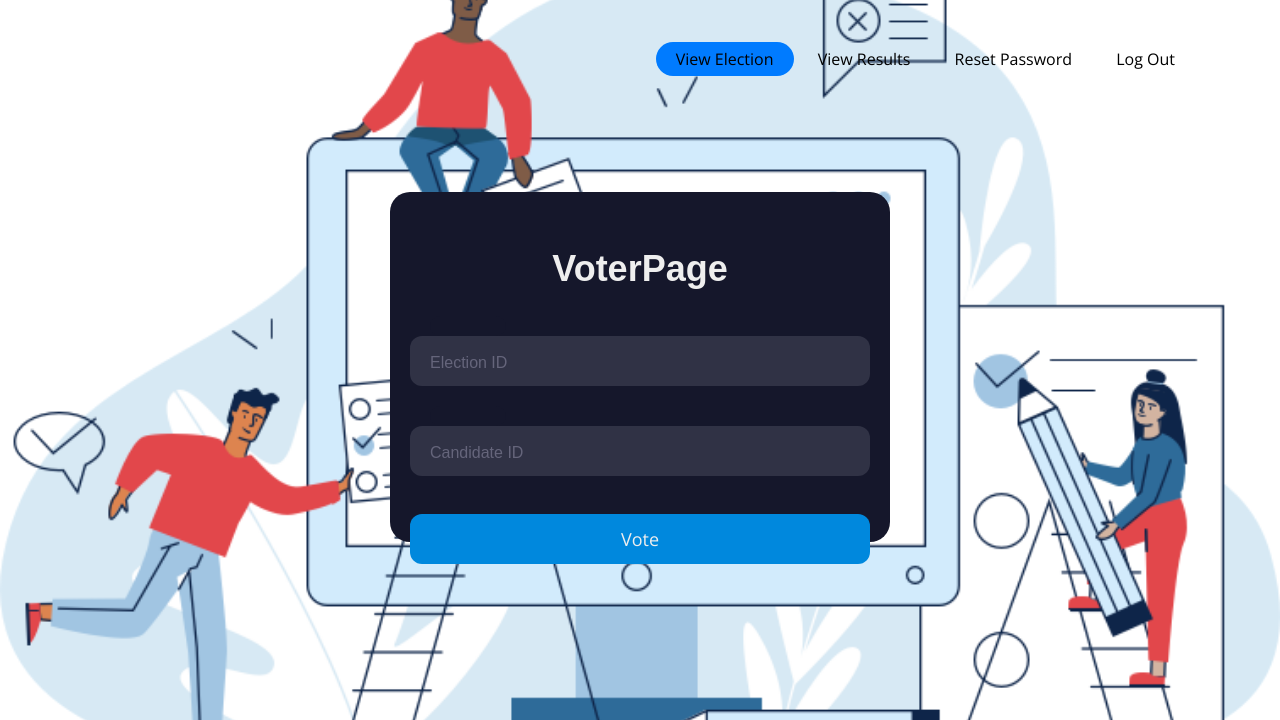
Repository: CS699-IITB-Autumn-2021/project-alpha_team
Page: http://localhost/Voting.html
The author's editor kept a copy of each file at every save. The page is drawn from the files as they stood at one save, then again after the next save.
The browser window is 1280 px wide. The pictures show the whole page.
The page is served by the project's application, run on Flask 3 (app.py). Other server files are loaded and not shown.

Above is the page before, as saved 2021-10-27 02:22:28.

### IVote/templates/Voting.html
<!doctype html>
<html lang="en">

<head>
  <!-- Required meta tags -->
  <meta charset="utf-8">
  <meta name="viewport" content="width=device-width, initial-scale=1, shrink-to-fit=no">

  <link href="https://fonts.googleapis.com/css?family=Open+Sans:300,400,700" rel="stylesheet">

  <link rel="stylesheet" href="static/fonts/icomoon/style.css">

  <link rel="stylesheet" href="static/css/owl.carousel.min.css">

  <!-- Bootstrap CSS -->
  <link rel="stylesheet" href="static/css/bootstrap.min.css">

  <!-- Style -->
  <link rel="stylesheet" href="static/css/style.css">

  <title>Voter</title>
</head>

<body>


  <div class="site-mobile-menu">
    <div class="site-mobile-menu-header">
      <div class="site-mobile-menu-close mt-3">
        <span class="icon-close2 js-menu-toggle"></span>
      </div>
    </div>
    <div class="site-mobile-menu-body"></div>
  </div>

  <header class="site-navbar" role="banner">

    <div class="container">
      <div class="row align-items-center">

        <div class="col-11 col-xl-2">
          <h1 class="mb-0 site-logo"><a href="voter.html" class="text-white mb-0">iVote</a></h1>
        </div>
        <div class="col-12 col-md-10 d-none d-xl-block">
          <nav class="site-navigation position-relative text-right" role="navigation">

            <ul class="site-menu js-clone-nav mr-auto d-none d-lg-block">
              <li class="active"><a href="voter.html"><span>View Election</span></a></li>
              <li><a href="voterresult.html"><span>View Results</span></a></li>
              <li><a href="forgotPassword.html"><span>Reset Password</span></a></li>
              <li><a href="/logout"><span>Log Out</span></a></li>
            </ul>
          </nav>
        </div>

        <div class="d-inline-block d-xl-none ml-md-0 mr-auto py-3" style="position: relative; top: 3px;"><a href="#"
            class="site-menu-toggle js-menu-toggle text-white"><span class="icon-menu h3"></span></a></div>

      </div>

    </div>

  </header>

  <div class="hero" style="background-image: url('static/images/hero.9dd292ee.png');"></div>
  <div class="position" align="center">
    <div class="form1">
      <div class="title">VoterPage</div>

      <form action="Voting.html" method="POST">
        <div class="input-container ic1">
          <input id="id" class="input" name="id" type="number" min="0" placeholder=" " />
          <div class="cut"></div>
          <label for="id" class="placeholder">Election ID</label>
        </div>
        <div class="input-container ic1">
            <input id="id2" class="input" name="id2" type="number" min="0" placeholder=" " />
            <div class="cut"></div>
            <label for="id2" class="placeholder">Candidate ID</label>
          </div>
        <button type="submit" class="submit">Vote</button>
      </form>
    </div>
  </div>
  <script src="static/js/jquery-3.3.1.min.js"></script>
  <script src="static/js/popper.min.js"></script>
  <script src="static/js/bootstrap.min.js"></script>
  <script src="static/js/jquery.sticky.js"></script>
  <script src="static/js/main.js"></script>
</body>

</html>

### IVote/app.py
from posixpath import lexists
import re
import sqlite3
import random
import os.path
from flask import Flask, render_template, request,redirect,session
from flask.helpers import url_for
from datetime import date
from datetime import datetime
from pathlib import Path
from werkzeug.utils import redirect
from generateResult import generateResults
from blockchainImp import Block



app = Flask(__name__)
app.secret_key="ivote"

conn = sqlite3.connect("ivote.db")
c = conn.cursor()

c.execute("CREATE TABLE IF NOT EXISTS Voters(name TEXT,email TEXT,cardno TEXT,password TEXT,voted TEXT)")
c.execute("CREATE TABLE IF NOT EXISTS admin(email TEXT,password TEXT)")
c.execute("CREATE TABLE IF NOT EXISTS election(electionid INTEGER,topic TEXT,startdate TEXT,enddate TEXT,numcand INTEGER,ended Text)")
c.execute("CREATE TABLE IF NOT EXISTS candidate(name TEXT,electionid INTEGER,candidateid TEXT,age INTEGER,mobno INTEGER,email TEXT)")
c.execute("CREATE TABLE IF NOT EXISTS result(election_id Text,cand_id Text, noofvotes Number)")
c.execute("SELECT electionid FROM election")
r = c.fetchall()
for i in r:
    fle = Path("static/blockchain/"+str(i[0])+".txt")
    c.execute("CREATE TABLE IF NOT EXISTS election"+str(i[0])+"(secret_code TEXT ,name_of_blockchain TEXT,voter_id TEXT,vote_given TEXT)")
    fle.touch(exist_ok=True)
    f = open(fle)

conn.commit()
conn.close()

@app.route('/',methods=['GET','POST'])
def login():
    """ This view takes request for login from the Voter and if the credentials are found valid according to database

        then will allowed to go further in the portal.

        Otherwise the voter will be stopped here to put valid credentials.
    """
    r = ""
    if request.method=="POST":
        email = request.form["email"]
        password = request.form["password"]
        conn = sqlite3.connect("ivote.db")
        c = conn.cursor()
        c.execute("SELECT * FROM Voters WHERE email='"+email+"' and password='"+password+"'")
        r = c.fetchall()
        for i in r:
            if email==i[1] and password == i[3]:
                session["voter"] = i[0]
                session["voterid"] = i[2]
                return redirect(url_for("voter"))
    return render_template('home.html')


@app.route('/signup.html',methods=['GET','POST'])
def signup():
    """ This view will take an request for Signup for voters.
    """
    if request.method=="POST":
        name = request.form["name"]
        email = request.form["email"]
        cardno = request.form["id"]
        password = request.form["password"]
        confirm = request.form["confirm"]
        if password==confirm:
            conn = sqlite3.connect("ivote.db")
            c = conn.cursor()
            c.execute("INSERT INTO Voters VALUES('"+name+"','"+email+"','"+cardno+"','"+password+"','True')")
            conn.commit()
            conn.close()
            return  render_template('login.html')
    return  render_template('signup.html')

@app.route('/Login.html',methods=['GET','POST'])
def adminlogin():
    """ This view takes request for login from the Admin and if the credentials are found valid according to database

        then will allowed to go further in the portal.

        Otherwise the Admin will be stopped here to put valid credentials.
    """
    r = ""
    if request.method=="POST":
        email = request.form["email"]
        password = request.form["password"]
        conn = sqlite3.connect("ivote.db")
        c = conn.cursor()
        c.execute("SELECT * FROM admin WHERE email='"+email+"' and password='"+password+"'")
        r = c.fetchall()
        for i in r:
            if email==i[0] and password == i[1]:
                session["admin"]=True
                session["email"]=email
                return redirect(url_for("admin"))
    return  render_template('Login.html')


@app.route('/forgotPassword.html',methods=['GET','POST'])
def forgot():
    """ This view is to provide the facility of password reset if the voter or admin wants to reset their password.
    """
    if request.method=="POST":
        return  render_template('login.html')
    return  render_template('forgotPassword.html')




@app.route('/admin.html',methods = ['GET','POST'])
def admin():
    """ Home page for admin after login. This view takes a request for creation of election with an unique id.
    """
    if "admin" in session:
        msg = None
        if request.method=="POST":
            id = request.form['id']
            topic = request.form['topic']
            start = request.form['startdate']
            end = request.form['enddate']
            numcand = request.form['numcand']
            conn = sqlite3.connect("ivote.db")
            c = conn.cursor()
            c.execute("SELECT * from election WHERE electionid = '"+id+"'")
            r = c.fetchall()
            if len(r)>=1:
                msg = "Election with this id already exist"
            else :
                c.execute("INSERT INTO election VALUES('"+id+"','"+topic+"','"+start+"','"+end+"','"+numcand+"','T')")
                conn.commit()
                conn.close()
                msg = "Election created"
        return render_template('admin.html',msg = msg)
    else:
        return redirect(url_for("adminlogin"))

@app.route("/addcandidate.html",methods = ['GET','POST'])
def add():
    """ This view will add an candidate for a particular election by using Election's unique id.
    """
    if "admin" in session:
        msg=None
        if request.method=="POST":
            name = request.form['name1']
            id = request.form['id']
            candid = request.form['candid']
            age = request.form['age']
            mobile = request.form['mobile']
            email = request.form['email']
            conn = sqlite3.connect("ivote.db")
            c = conn.cursor()
            c.execute("SELECT * from election WHERE electionid = '"+id+"'")
            r = c.fetchall()
            if len(r)<1:
                msg = "Election with this id doesn't exist"
            else :
                c.execute("INSERT INTO candidate VALUES('"+name+"','"+id+"','"+candid+"','"+age+"','"+mobile+"','"+email+"')")
                conn.commit()
                conn.close()
                msg = "Candidate Added"
        return render_template('addcandidate.html', msg=msg)
    else:
        return redirect(url_for("adminlogin"))



@app.route("/results.html",methods=['GET','POST'])
def result():
    """ This view will show all the elections and let the admin request for the result of a election.
    """
    if "admin" in session:
        r=""
        conn = sqlite3.connect("ivote.db")
        c = conn.cursor()
        c.execute("SELECT * FROM election")
        r = c.fetchall()
        return render_template('results.html',r = r)
    else :
        return redirect(url_for("adminlogin"))

@app.route("/show<int:id>")
def viewresults(id):
    """ This view will show the Result for the election which is choosen from "result()" function.
    """
    if "admin" in session:
        r=""
        p=str(id)
        conn = sqlite3.connect("ivote.db")
        c = conn.cursor()
        c.execute("SELECT * from result WHERE election_id = '"+p+"'")
        r = c.fetchall()
        return render_template("show.html",r =r )
    else:
        return redirect(url_for("adminlogin"))


""" Voter Code Started"""


@app.route("/voter.html",methods=['GET','POST'])
def voter():
    """ Home page for voter after login. This view will let voter view all the elections.
        And let voter vote for election.
    """
    if "voter" in session:
        r=""
        conn = sqlite3.connect("ivote.db")
        c = conn.cursor()
        c.execute("SELECT * FROM election")
        r = c.fetchall()
        return render_template('voter.html',r=r)
    else:
        return redirect(url_for("login"))

@app.route("/voterresult.html",methods=['GET','POST'])
def results():
    """ This view will let voters view all elections and let them request to know the result of requested election.
    """
    if "voter" in session:
        r=""
        conn = sqlite3.connect("ivote.db")
        c = conn.cursor()
        c.execute("SELECT * FROM election")
        r = c.fetchall()
        return render_template('voterresult.html',r = r)
    else :
        return redirect(url_for("login"))

@app.route("/logout")
def logout():
    """ This view will let admin and voter to logout from their sessions.
    """
    session.clear()
    return redirect(url_for("login"))

@app.route("/genResult.html",methods=["GET","POST"])
def genresult():
    if "admin" in session:
        msg=""
        if request.method=="POST":
            GR = generateResults()
            id = request.form['id1']
            msg=GR.genResult(id)
        return render_template("genResult.html",msg=msg)
    else:
        return redirect(url_for("adminlogin"))

@app.route("/viewblockchain.html")
def viewblockchain():
    conn = sqlite3.connect("ivote.db")
    c = conn.cursor()
    c.execute("SELECT electionid FROM election")
    r = c.fetchall()
    allbc=[]
    for i in r:
        fle = Path("static/blockchain/"+str(i[0])+".txt")
        allbc.append("static/blockchain/"+str(i[0])+".txt")
        fle.touch(exist_ok=True)
        f = open(fle)
    conn.commit()
    conn.close()
    return render_template('viewblockchain.html',allbc=allbc)

@app.route("/Voting.html",methods=["GET","POST"])
def Vote_give():
    if request.method=="POST":
        id = request.form['id']
        id2 = request.form['id2']
        conn = sqlite3.connect("ivote.db")
        c = conn.cursor()
        c.execute("CREATE TABLE IF NOT EXISTS election"+str(id2)+"(secret_code TEXT ,name_of_blockchain TEXT,voter_id TEXT,vote_given TEXT)")
        r1 = random.randint(0, 100000)
        voter_id=1
        c.execute("select * from election"+str(id)+ " where voter_id='"+str(voter_id)+"'")
        rs=c.fetchall()
        B=Block(0,0,0,0)
        if(len(rs)==0):
            print("insert into election"+str(id)+" values('"+str(r1)+"','"+str(id)+"','"+str(voter_id)+"','"+str(id2)+"')")
            c.execute("insert into election"+str(id)+" values('"+str(r1)+"','"+str(id)+"','"+str(voter_id)+"','"+str(id2)+"')")
            conn.commit()
            hash=B.addBlock(r1,str(id),voter_id,str(id2))
            return render_template('voter.html',r1=r1,hash=hash)
    return render_template('Voting.html',msg="already voted!")

@app.route("/showelectionvoter<int:id>")
def showelectionvoter(id):
    if "voter" in session:
        p=str(id)
        conn = sqlite3.connect("ivote.db")
        c = conn.cursor()
        c.execute("SELECT * from election WHERE electionid = '"+p+"'")
        r = c.fetchall()
        return render_template("showelectionvoter.html",r =r )
    else :
        return redirect(url_for("login"))

@app.route("/showresultvoter<int:id>")
def showresultvoter(id):
    if "voter" in session:
        r=""
        p=str(id)
        conn = sqlite3.connect("ivote.db")
        c = conn.cursor()
        c.execute("SELECT * from result WHERE election_id = '"+p+"'")
        r = c.fetchall()
        return render_template("showresultvoter.html",r =r )
    else:
        return redirect(url_for("login"))


if __name__=="__main__":
    app.run(debug=True)

### IVote/static/blockchain/1.txt
dsfef

### IVote/static/blockchain/2.txt


 id=1234
 myhash=967507e9a11d0e896d3ba906af89534cd4bd4ee4252bc8703def6f363402cd26
 prevhash=0
 time=Wed Oct 27 14:02:54 2021

 id=123455
 myhash=95343ca67e3e242d9cf5d56a87234376eb2e5b5792e8c636fbdfd39655d0117f
 prevhash=967507e9a11d0e896d3ba906af89534cd4bd4ee4252bc8703def6f363402cd26
 time=Wed Oct 27 14:04:32 2021

### IVote/static/blockchain/5.txt


 id=123455
 myhash=b0814f664ae2543f1c75914ef42a36e5a659c1bbb252c5f9f642836df09e2d6b
 prevhash=0
 time=Wed Oct 27 14:17:14 2021

Loaded but not shown: IVote/static/fonts/icomoon/style.css (common file); IVote/static/css/owl.carousel.min.css (library); IVote/static/css/bootstrap.min.css (library); IVote/static/js/jquery-3.3.1.min.js (library); IVote/static/js/popper.min.js (library); IVote/static/js/bootstrap.min.js (library); IVote/static/js/jquery.sticky.js (library); IVote/static/js/main.js (88 lines, source omitted); IVote/static/css/style.css (496 lines, source omitted)

After the next save:
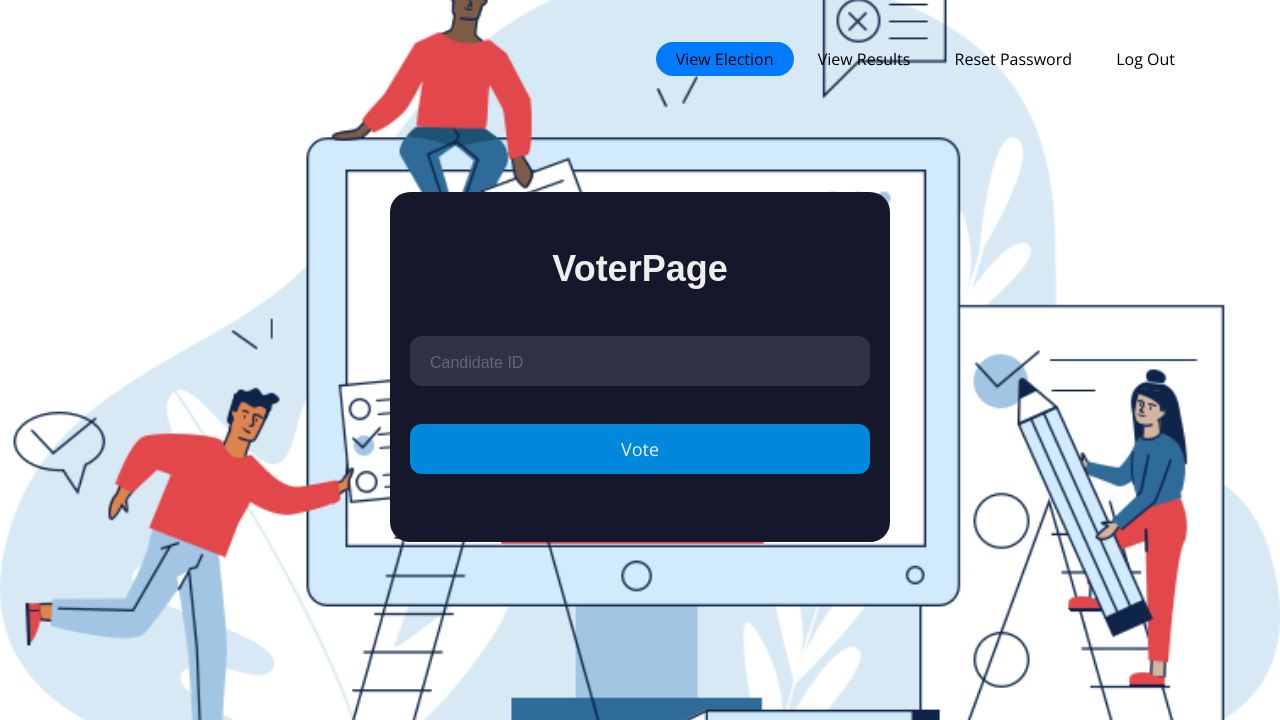
Saved 70 s later.
--- a/IVote/templates/Voting.html
+++ b/IVote/templates/Voting.html
@@ -68,11 +68,7 @@
       <div class="title">VoterPage</div>
 
       <form action="Voting.html" method="POST">
-        <div class="input-container ic1">
-          <input id="id" class="input" name="id" type="number" min="0" placeholder=" " />
-          <div class="cut"></div>
-          <label for="id" class="placeholder">Election ID</label>
-        </div>
+
         <div class="input-container ic1">
             <input id="id2" class="input" name="id2" type="number" min="0" placeholder=" " />
             <div class="cut"></div>

After the save that followed:
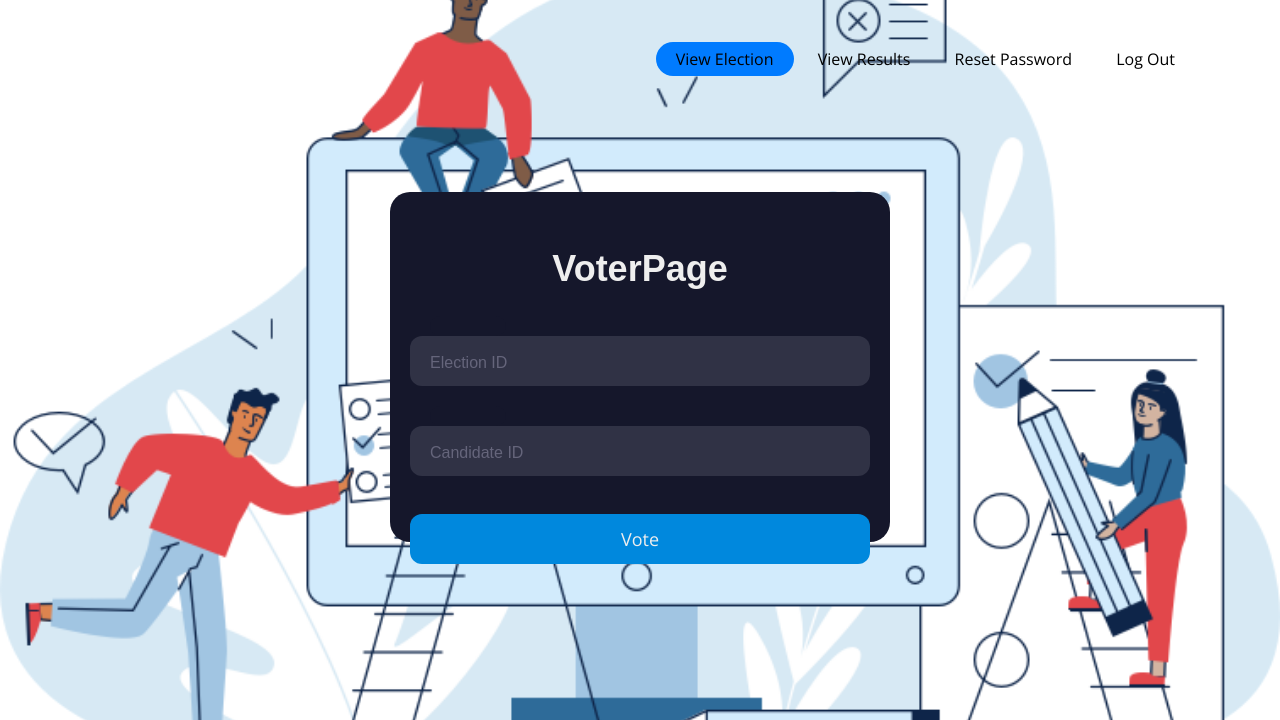
Saved 78 s later.
--- a/IVote/templates/Voting.html
+++ b/IVote/templates/Voting.html
@@ -68,7 +68,11 @@
       <div class="title">VoterPage</div>
 
       <form action="Voting.html" method="POST">
-
+        <div class="input-container ic1">
+          <input id="id" class="input" name="id" type="number" min="0" placeholder=" " />
+          <div class="cut"></div>
+          <label for="id" class="placeholder">Election ID</label>
+        </div>
         <div class="input-container ic1">
             <input id="id2" class="input" name="id2" type="number" min="0" placeholder=" " />
             <div class="cut"></div>
